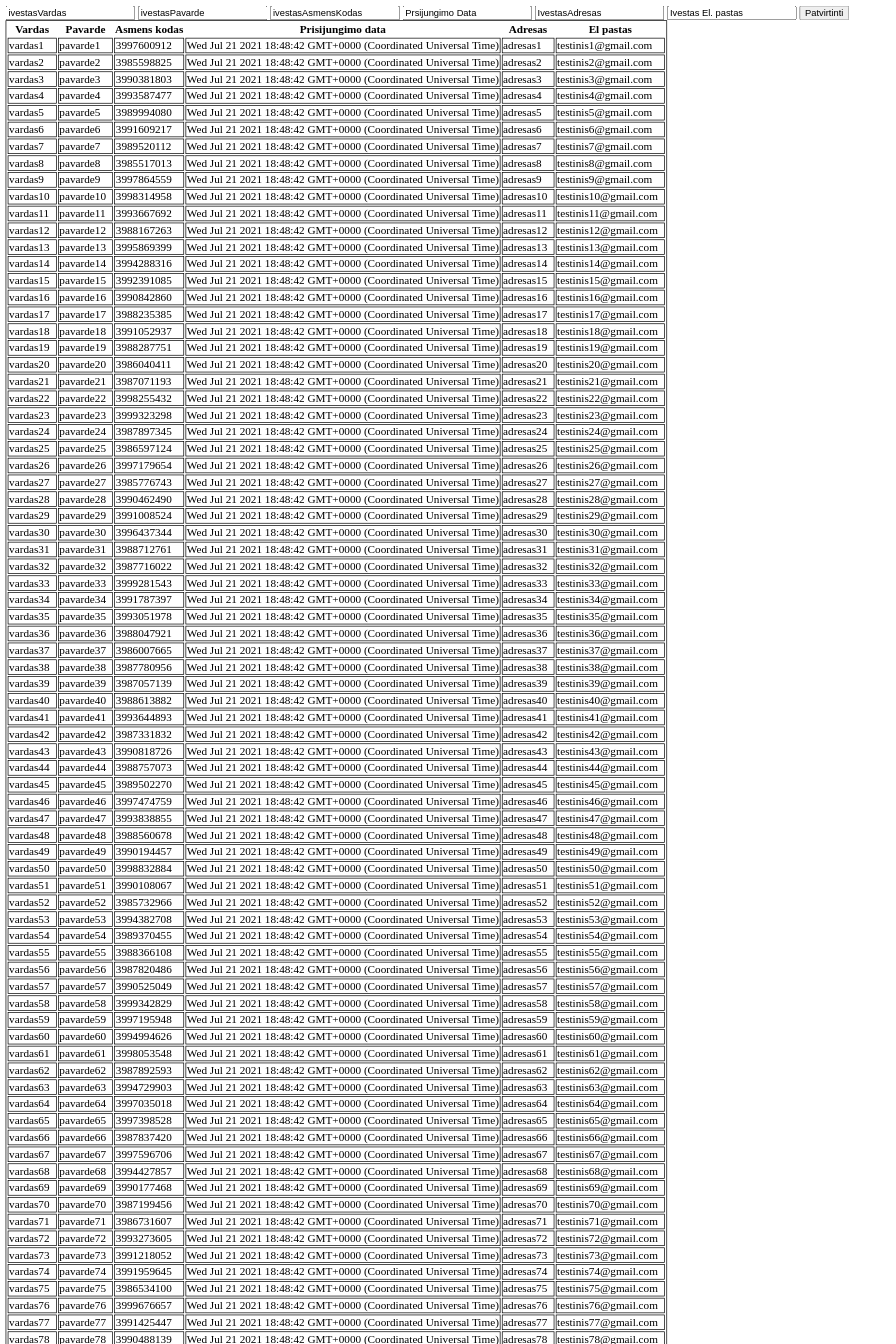
Repository: motiejus1/29-paskaita-05.31
Page: index.html
These files come from the project's save history. The page is drawn as it stood at one moment and after a run of saves; the edit follows.
The browser window is 1280 px wide. The pictures show the part of the page from y = 0 to 1920 px (the page is 4863 px tall), at 70% of full size.

Above is the page before, as saved 2021-07-21 19:10:34.

After the next 2 saves:
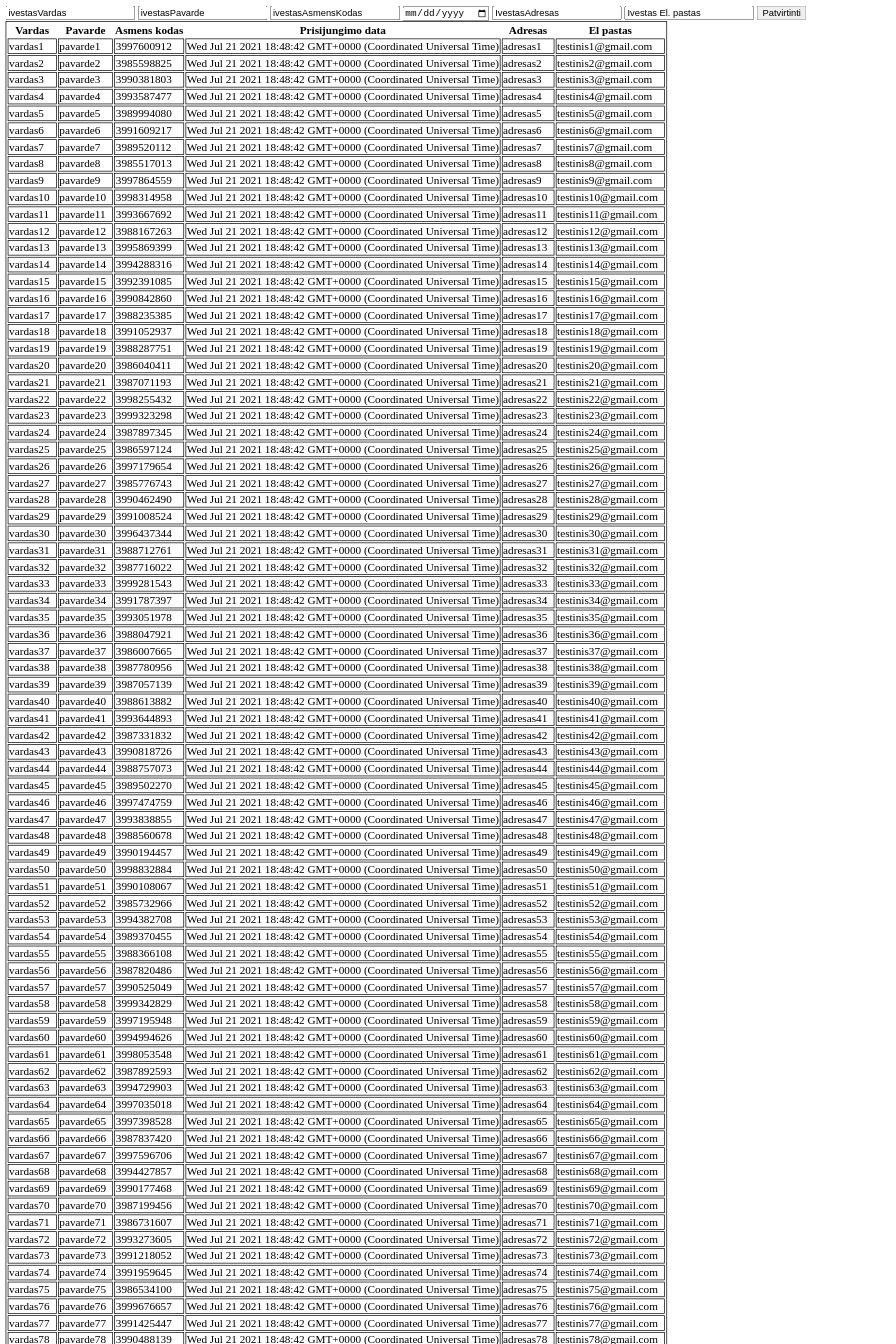
The 2 saves are shown as one change because they came seconds apart.
The last was saved 28 min 48 s later.
--- a/index.html
+++ b/index.html
@@ -21,7 +21,7 @@
         <input type="text" id="vardas" name="vardas" placeholder="Vardas" value="ivestasVardas"/>
         <input type="text" id="pavarde" name="pavarde" placeholder="Pavarde" value="ivestasPavarde" />
         <input type="text" id="asmensKodas" name="asmensKodas" placeholder="Asmens kodas" value="ivestasAsmensKodas" />
-        <input type="text" id="prsijungimData" name="prsijungimData" placeholder="Prsijungimo Data" value="Prsijungimo Data" />
+        <input type="date" id="prsijungimData" name="prsijungimData" placeholder="Prsijungimo Data" value="Prsijungimo Data" />
         <input type="text" id="adresas" name="adresas" placeholder="Adresas" value="IvestasAdresas" />
         <input type="text" id="elpastas" name="elpastas" placeholder="El. pastas" value="Ivestas El. pastas" />
         <button class="patvirtinti">Patvirtinti</button>

After the 2 saves that followed:
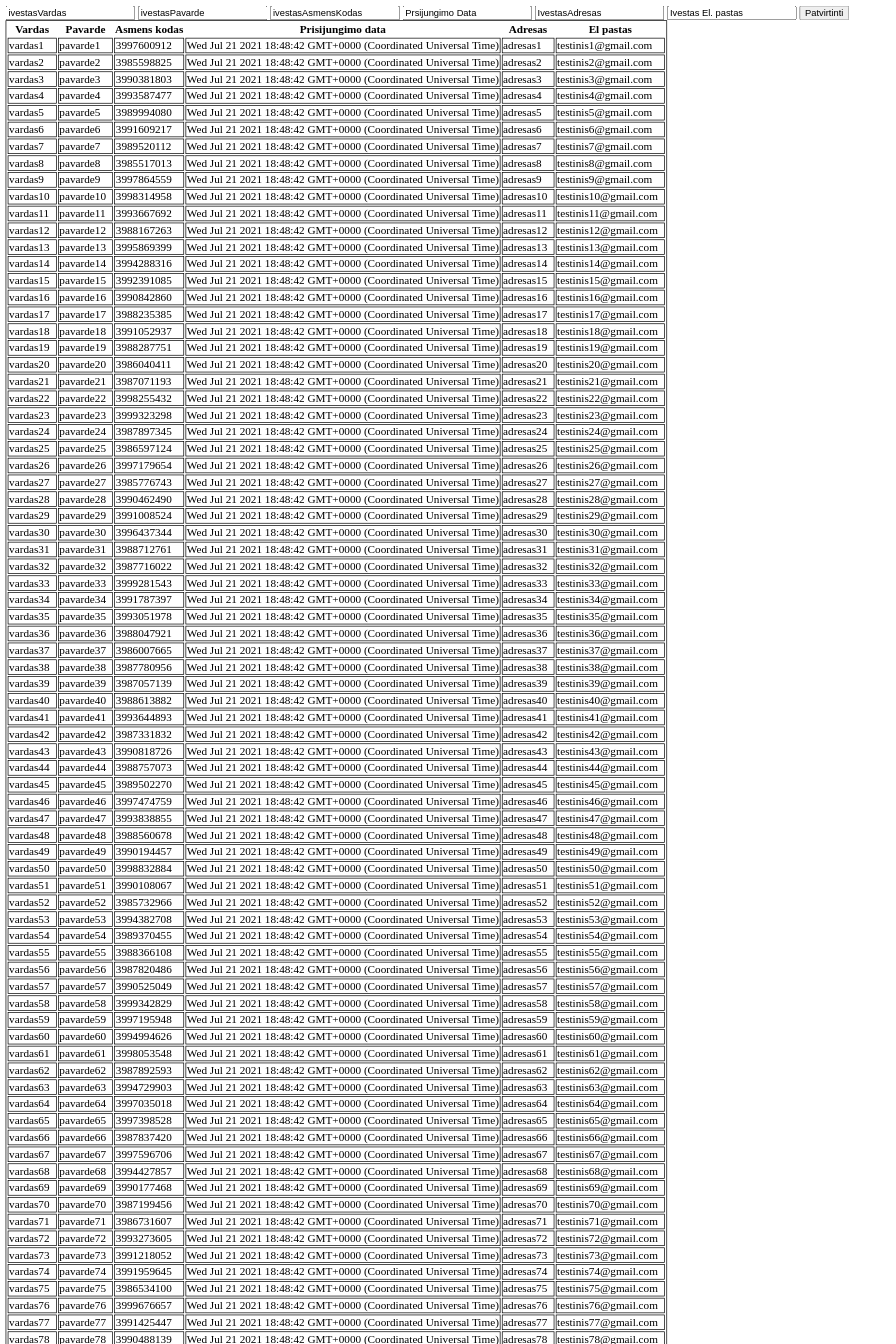
The 2 saves are shown as one change because they came seconds apart.
The last was saved 70 s later.
--- a/index.html
+++ b/index.html
@@ -21,7 +21,7 @@
         <input type="text" id="vardas" name="vardas" placeholder="Vardas" value="ivestasVardas"/>
         <input type="text" id="pavarde" name="pavarde" placeholder="Pavarde" value="ivestasPavarde" />
         <input type="text" id="asmensKodas" name="asmensKodas" placeholder="Asmens kodas" value="ivestasAsmensKodas" />
-        <input type="date" id="prsijungimData" name="prsijungimData" placeholder="Prsijungimo Data" value="Prsijungimo Data" />
+        <input type="datetime" id="prsijungimData" name="prsijungimData" placeholder="Prsijungimo Data" value="Prsijungimo Data" />
         <input type="text" id="adresas" name="adresas" placeholder="Adresas" value="IvestasAdresas" />
         <input type="text" id="elpastas" name="elpastas" placeholder="El. pastas" value="Ivestas El. pastas" />
         <button class="patvirtinti">Patvirtinti</button>
